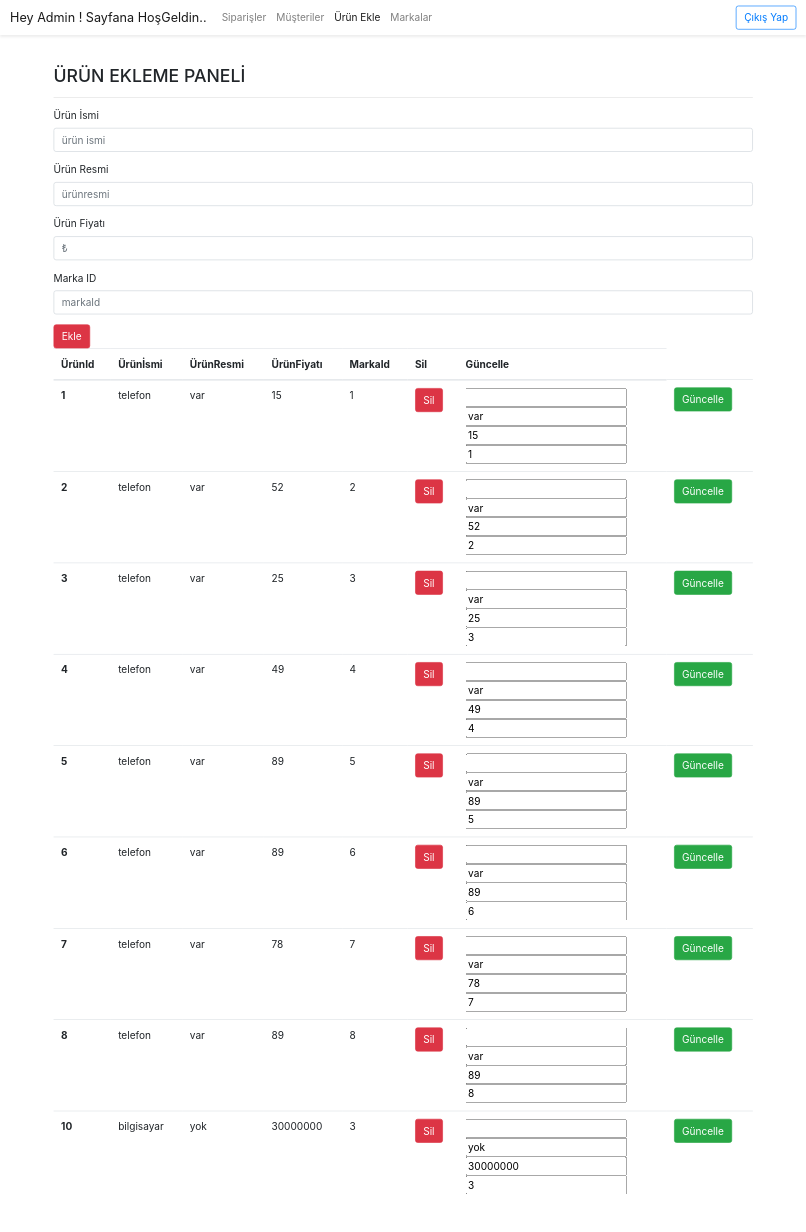
Repository: NergisAktug/E-Commerce-PythonWithFlask-Sqlite3
Page: http://localhost/urunEkle
These files come from the project's save history. The page is drawn as it stood at one moment and after the next save; the edit follows.
The browser window is 1280 px wide. The pictures show the whole page, at 63% of full size.
Some web libraries are served in a nearby version. The page is served by the project's application, run on Flask 3 (app.py). The page reads the database file committed with the project.

Above is the page before, as saved 2018-12-09 23:25:58.

After the next save:
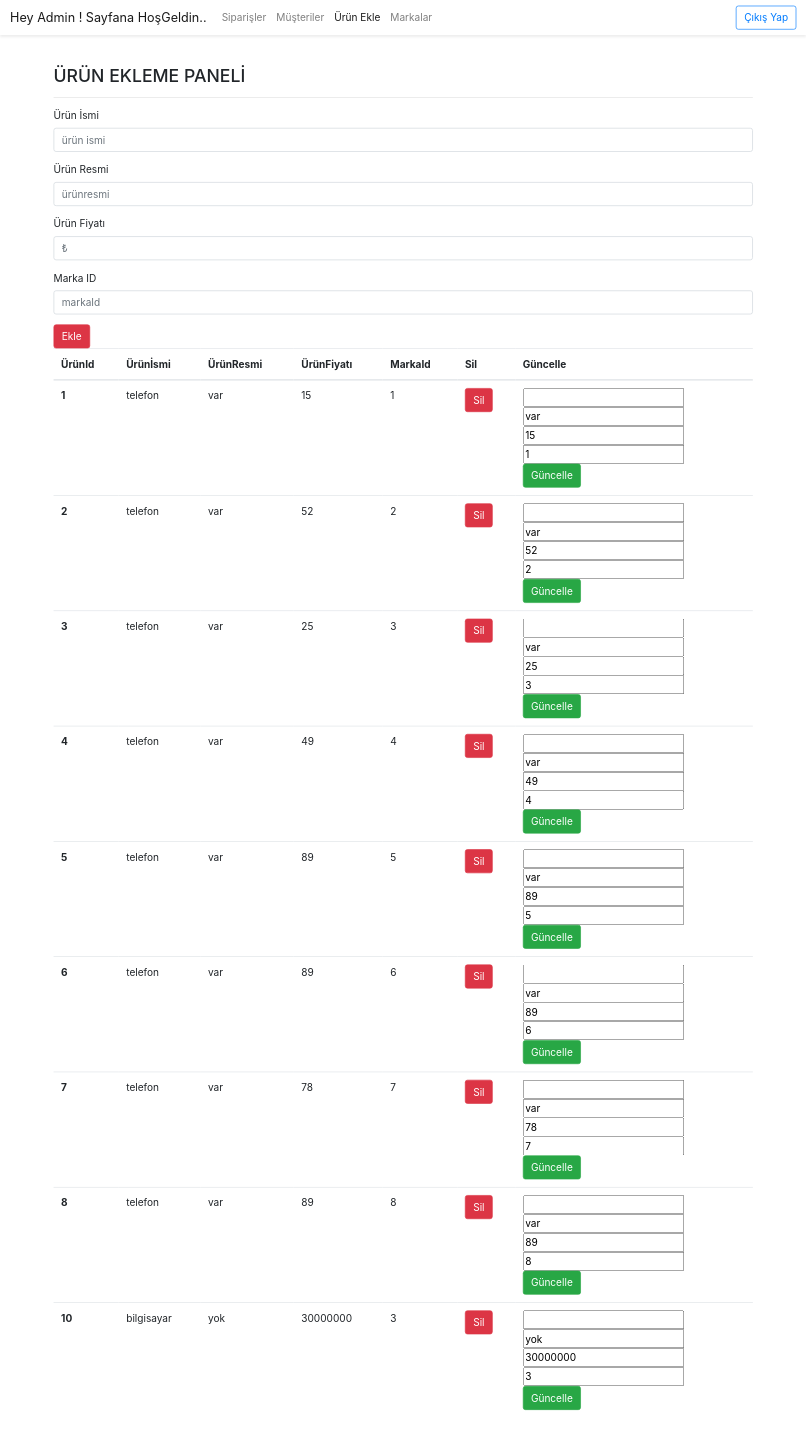
Saved 38 s later.
--- a/templates/urunEkle.html
+++ b/templates/urunEkle.html
@@ -96,10 +96,9 @@
                               <input type="text" value="{{veri.urunresmi}}" name="urunresmi"><br>
                               <input type="number" value="{{veri.urunFiyati}}" name="urunFiyati"><br>
                               <input type="number" value="{{veri.markaId}}" name="markaId"><br>
-                              <td><a href="/guncelle/{{veri.urun_id}}" class="btn btn-success">Güncelle</a></td>
+                              <button type="button" class="btn btn-success" value="Update">Güncelle</button>
                             </form>
                           </td>
-
                           {% endif %}
 
                     </tr>
